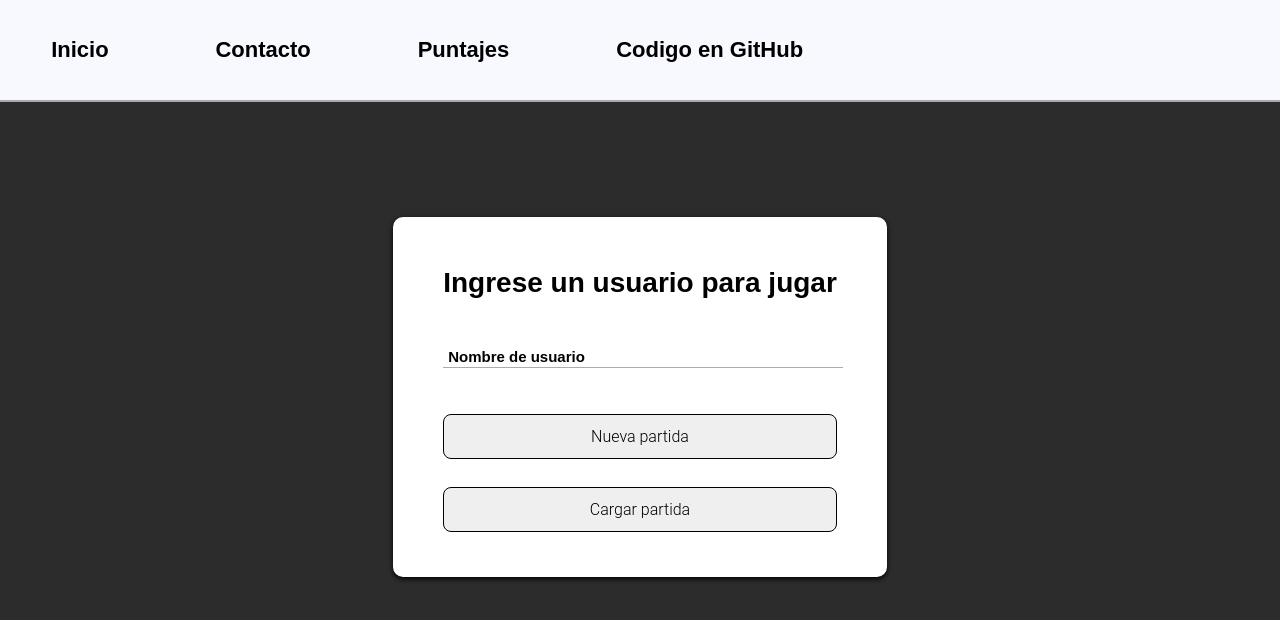
Repository: FacundoKinderknecht/FacundoKinderknecht_Wordle_Game_LPPA
Page: index.html
The author's editor kept a copy of each file at every save. The page is drawn from the files as they stood at one save, then again after the next save.
The browser window is 1280 px wide. The pictures show the whole page.

Above is the page before, as saved 2023-08-08 02:59:41.

### index.html
<!DOCTYPE html>
<html lang="en">
    <head>
        <meta charset="UTF-8">
        <meta http-equiv="X-UA-Compatible" content="IE=edge">
        <meta name="viewport" content="width=device-width, initial-scale=1.0">

        <link rel ="stylesheet" href="/css/reset.css">
        <link rel="stylesheet" href="/css/styles.css">
        <link rel="stylesheet" href="/css/index.css">

        <script src="/js/index.js"></script>

        <title>Final LPPA Facundo Kinderknecht</title>
    </head>
    <body>
        <header>
            <nav class="navbar">
                <a href="">Inicio</a>
                <a href="">Contacto</a>
                <a href="">Puntajes</a>
                <a href="https://github.com/FacundoKinderknecht/FacundoKinderknecht_Wordle_Game_LPPA" target="_blank">Codigo en GitHub</a>
            </nav>
        </header>

        <div class="form-container">
            <form class="form-user">
                <h2 class="form-title">Ingrese un usuario para jugar</h2>
                <fieldset class="group-form">
                    <input class="form-txt" id="txt-user" placeholder="">
                    <label class="form-lbl" id="lbl-user" for="txt-user">Nombre de usuario</label>
                </fieldset>
                <input type="button" class="form-button" value="Nueva partida" id="btn-new">
                <input type="button" class="form-button" value="Cargar partida" id="btn-load">
            </form>
        </div>
    </body>
</html>

### css/reset.css
/* http://meyerweb.com/eric/tools/css/reset/
   v2.0 | 20110126
   License: none (public domain)
*/

html, body, div, span, applet, object, iframe,
h1, h2, h3, h4, h5, h6, p, blockquote, pre,
a, abbr, acronym, address, big, cite, code,
del, dfn, em, img, ins, kbd, q, s, samp,
small, strike, strong, sub, sup, tt, var,
b, u, i, center,
dl, dt, dd, ol, ul, li,
fieldset, form, label, legend,
table, caption, tbody, tfoot, thead, tr, th, td,
article, aside, canvas, details, embed,
figure, figcaption, footer, header, hgroup,
menu, nav, output, ruby, section, summary,
time, mark, audio, video {
	margin: 0;
	padding: 0;
	border: 0;
	font-size: 100%;
	font: inherit;
	vertical-align: baseline;
}

### css/styles.css
body{
    font-family: Arial, Helvetica, sans-serif;
    background-color: rgba(0, 0, 0, 0.827);
    display:flex;
    align-items: center;
    flex-direction: column;
}

header{
    width: 100%;
    height: 100px;
    margin-bottom: 15px;
    display: flex;
    justify-content: justify-content;
    align-items: center;
    background-color: ghostwhite;
    border-bottom: 2px solid rgb(87, 87, 87, 0.49);
}

header nav{
    display:flexbox;
    justify-content: justify-content;
    width: 80%;
}

header nav a{
    text-decoration: none;
    align-items:center;
    font-weight: bold;
    font-size: 22px;
    color: black;
    margin: 5%;
}

header nav a:hover{
    font-size: 30px;
}

header nav i{
    font-size: 22px;
}

.hidden {
    display:none;
}

### css/index.css
form{
    background-color: white;
    margin: 100px auto;
    width: 90%;
    max-width: 400px;
    padding: 50px;
    padding-bottom: 25px;
    border-radius: 10px;
    box-shadow: 0px 2px 5px;
    text-align: center;
}

.form-title{
    font-size: 28px;
    margin-bottom: 40px;
    font-weight: 700;
}

.form-container{
    margin-top: 50px;
    display:flex;
    margin: auto;
}

.group-form{
    width: 100%;
    position: relative;
    margin-bottom: 30px;
}

.form-txt{
    width: 100%;
    background: none;
    margin-bottom: 8px;
    color: rgb(27, 27, 27);
    font-size: 16px;
    padding: 5px 3px;
    border:none;
    outline:none;
    border-bottom: 1px solid rgb(87, 87, 87, 0.49);
}

.form-txt:focus + .form-lbl, .form-txt:not(:placeholder-shown) + .form-lbl{
    transform: translateY(-13px) scale(0.9);
    transform-origin: left top;
}

.form-lbl{
    position:absolute;
    font-size: 15px;
    top:0;
    left:5px;
    font-weight: bold;
    transform: translateY(9px);
    transform-origin: left bottom;
    transition: transform .5s;
}

.form-txt-error{
    width: 100%;
    color:rgb(255, 0, 0);
    text-align: center;
}

.form-button{
    width: 100%;
    font-family: 'Roboto', sans-serif;
    font-weight: 300;
    font-size: 16px;
    padding: 12px 0px;
    border: 1px solid;
    border-radius: 8px;
    cursor: pointer;
    transition: background-color .3s;
    margin-top: 8px;
    margin-bottom: 20px;
}

.hidden{
    display: none;
}

Loaded but not shown: js/index.js (no stored copy; drawn as an empty file)

After the next save:
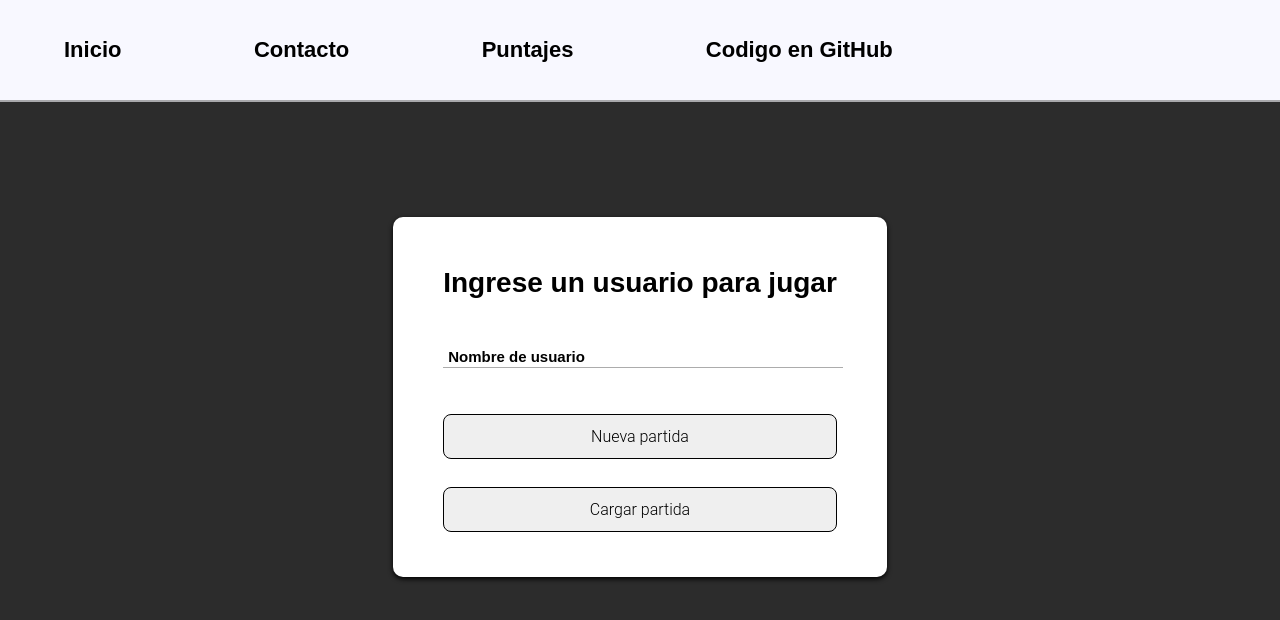
Saved 5 s later.
--- a/css/styles.css
+++ b/css/styles.css
@@ -20,7 +20,7 @@ header{
 header nav{
     display:flexbox;
     justify-content: justify-content;
-    width: 80%;
+    width: 100%;
 }
 
 header nav a{
